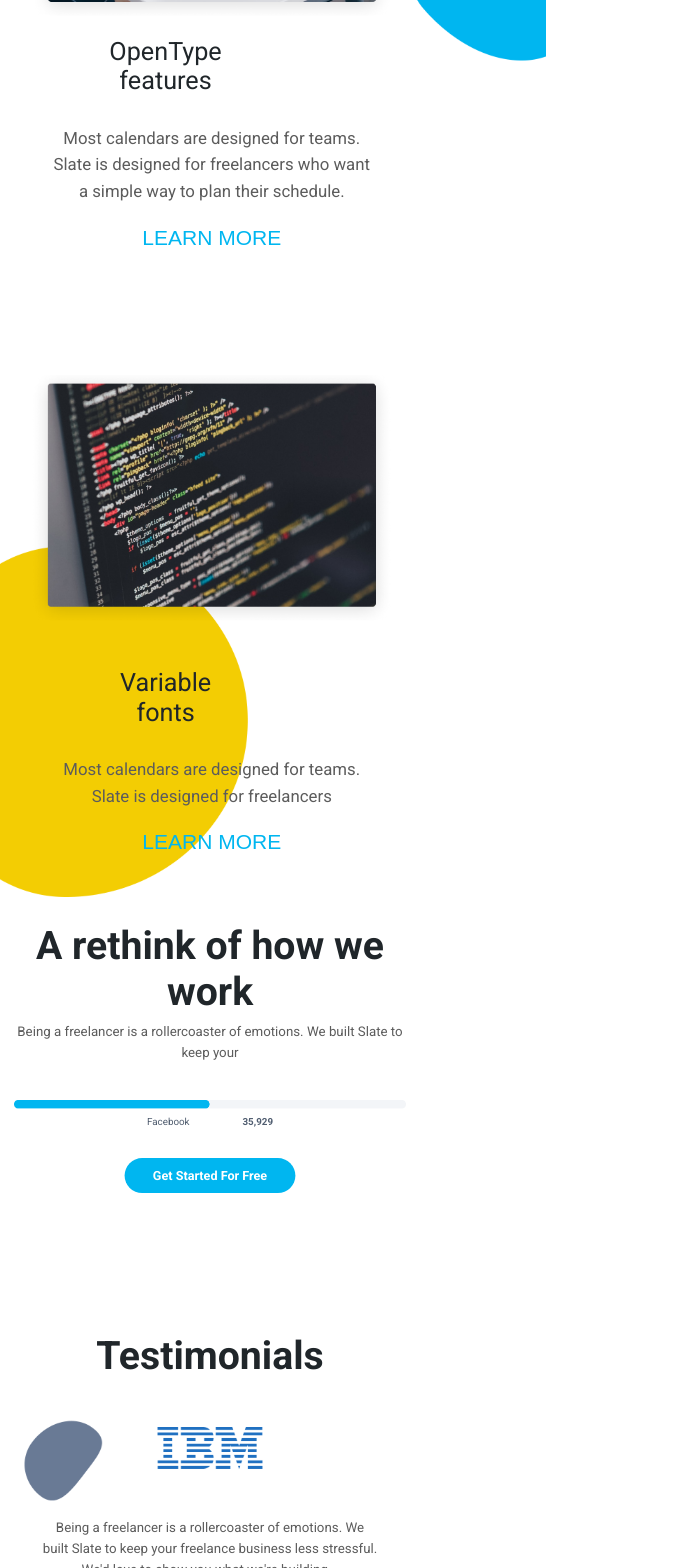
Repository: tungcutte35/Figma-Land
Page: sass/index.html
The author's editor kept a copy of each file at every save. The page is drawn from the files as they stood at one save, then again after the next save.
The browser window is 600 px wide. The page is 990 px wide, so the pictures cover 990 px, including what lies to the right of the window. The pictures show the part of the page from y = 1979 to 4219 px (the page is 5809 px tall), at 70% of full size.
The style sheet was rebuilt from its Sass, Less or Tailwind sources for each picture, by a compiler version that may differ from the author's.

Above is the page before, as saved 2021-10-25 15:12:35.

### sass/index.html
<!DOCTYPE html>
<html lang="en">
  <head>
    <meta charset="UTF-8" />
    <meta http-equiv="X-UA-Compatible" content="IE=edge" />
    <meta name="viewport" content="width=device-width, initial-scale=1.0" />
    <title>Figma Land</title>
    <link rel="stylesheet" href="./css/app.css" />
    <link rel="preconnect" href="https://fonts.googleapis.com" />
    <link rel="preconnect" href="https://fonts.gstatic.com" crossorigin />
    <link
      href="https://fonts.googleapis.com/css2?family=Roboto:wght@400;700;900&display=swap"
      rel="stylesheet"
    />
  </head>
  <body>
    <div class="wrapper">
      <header class="header">
        <div class="container">
          <div class="header-container">
            <div class="header-img">
              <a href="#">
                <img srcset="./images/logo.png 2x" alt="" />
              </a>
            </div>
            <ul class="menu">
              <li class="menu-item">
                <a href="#" class="menu-link">Home</a>
              </li>
              <li class="menu-item">
                <a href="#" class="menu-link">Product</a>
              </li>
              <li class="menu-item">
                <a href="#" class="menu-link">About</a>
              </li>
              <li class="menu-item">
                <a href="#" class="menu-link">Contact</a>
              </li>
            </ul>
            <div class="header-login">
              <a href="#" class="button button--outline">Login</a>
            </div>
          </div>
        </div>
      </header>
      <main>
        <section class="lightning">
          <div class="container">
            <div class="lightning-container">
              <div class="lightning-header">
                <h2 class="lightning-heading">Lightning fast prototyping</h2>
                <p class="text lightning-content">
                  Most calendars are designed for teams. Slate is designed for
                  freelancers.
                </p>
                <div class="lightning-button">
                  <a href="#" class="button button--primary">Get Started</a>
                  <a href="#" class="button button--outline">Try For Free</a>
                </div>
                <img
                  srcset="./images/img.png 2x"
                  alt=""
                  class="lightning-img"
                />
              </div>

              <img
                srcset="./images/Vector.png 2x"
                alt=""
                class="lightning-vector1"
              />
              <img
                srcset="./images/Vector2.png 2x"
                alt=""
                class="lightning-vector2"
              />
            </div>
          </div>
        </section>
        <section class="fastest">
          <div class="container">
            <div class="fastest-container">
              <div class="fastest-header">
                <h3 class="fastest-type">Just type</h3>
                <h3 class="heading fastest-heading">Fastest way to navigate</h3>
                <p class="text fastest-content">
                  Most calendars are designed for teams. Slate is designed for
                  freelancers.
                </p>
              </div>
              <div class="fastest-button">
                <a href="#" class="button button--primary">Download</a>
                <a href="#" class="button button--outline">See Walkthrough</a>
              </div>
            </div>
          </div>
        </section>
        <section class="features">
          <div class="container-fly">
            <div class="features-container">
              <div class="features-firsd">
                <div class="features-desc">
                  <h3 class="heading features-heading">OpenType features</h3>
                  <p class="text features-content">
                    Most calendars are designed for teams. Slate is designed for
                    freelancers who want a simple way to plan their schedule.
                  </p>
                  <button class="features-more">LEARN MORE</button>
                </div>
                <div class="features-img">
                  <img srcset="./images/features1.png 2x" alt="" />
                </div>
              </div>
              <div class="features-seconds">
                <div class="features-img">
                  <img srcset="./images/features2.png 2x" alt="" />
                </div>
                <div class="features-desc">
                  <h3 class="heading features-heading">Variable fonts</h3>
                  <p class="text features-content">
                    Most calendars are designed for teams. Slate is designed for
                    freelancers
                  </p>
                  <button class="features-more">LEARN MORE</button>
                </div>
              </div>
            </div>
            <img
              srcset="./images/features-vector1.png 2x"
              alt=""
              class="features-vector1"
            />
            <img
              srcset="./images/features-vector2.png 2x"
              alt=""
              class="features-vector2"
            />
          </div>
        </section>
        <section class="work">
          <div class="container">
            <div class="work-container">
              <h3 class="heading work-heading">A rethink of how we work</h3>
              <p class="text work-content">
                Being a freelancer is a rollercoaster of emotions. We built
                Slate to keep your
              </p>
              <div class="work-img">
                <img srcset="./images/work.png 2x" alt="" />
              </div>
              <div class="work-desc">
                <span class="work-facebook">Facebook</span>
                <span class="work-data">35,929</span>
              </div>
              <a href="#" class="button button--primary">
                Get Started For Free
              </a>
            </div>
          </div>
        </section>
        <section class="testimonial">
          <div class="container">
            <div class="testimonial-container">
              <h3 class="heading testimonial-heading">Testimonials</h3>
              <div class="testimonial-img">
                <img srcset="./images/IBM.png 2x" alt="" />
              </div>
              <p class="text-small testimonial-content">
                Being a freelancer is a rollercoaster of emotions. We built
                Slate to keep your freelance business less stressful. We'd love
                to show you what we're building...
              </p>
              <div class="testimonial-author">
                <div class="testimonial-avtar">
                  <img srcset="./images/author.png 2x" alt="" />
                </div>
                <div class="testimonial-desc">
                  <p class="testimonial-name">Esther Webb</p>
                  <span class="testimonial-job">Designer</span>
                </div>
              </div>
              <a href="#" class="button button--primary">All Testimonials</a>
            </div>
            <img
              class="testimonial-vector1"
              srcset="./images/testimonial-vector1.png 2x"
              alt=""
            />
            <img
              class="testimonial-vector2"
              srcset="./images/testimonial-vector2.png 2x"
              alt=""
            />
          </div>
        </section>
        <section class="pricing">
          <div class="container-fly">
            <div class="pricing-container">
              <div class="pricing-content">
                <h3 class="heading pricing-heading">Pricing</h3>
                <p class="text-small pricing-desc">
                  Most calendars are designed for teams. Slate is designed for
                  freelancers who want a simple way to plan their schedule.
                </p>
              </div>
              <div class="pricing-buy">
                <p class="pricing-time">30-DAY FREE TRIAL</p>
                <div class="pricing-price">
                  <img srcset="./images/price.png 2x" alt="" />
                </div>
                <p class="text-small pricing-third">
                  Most calendars are designed for teams.
                </p>
                <a href="#" class="button button--primary">Get Started</a>
              </div>
            </div>
          </div>
        </section>
        <section class="focus">
          <div class="container-fly">
            <div class="focus-container">
              <div class="focus-header">
                <h3 class="focus-heading">We focus on ergonomic meeting</h3>
              </div>
              <div class="focus-content">
                <p class="text-small focus-desc1">
                  Being a freelancer is a rollercoaster of emotions. We built
                  Slate to keep your freelance business building...
                </p>
                <p class="text-small focus-desc2">
                  Being a freelancer is a rollercoaster of emotions. We built
                  Slate to keep your freelance business building...
                </p>
                <a href="#" class="button button--primary">Get Started</a>
              </div>
            </div>
          </div>
        </section>
      </main>
      <footer class="footer">
        <div class="container">
          <div class="footer-container">
            <div class="footer-firsd">
              <div class="footer-logo">
                <img srcset="./images/logo.png 2x" alt="" />
              </div>
              <p class="footer-content">Just type what's on your mind</p>
            </div>
            <ul class="footer-seconds">
              <li class="footer-item">
                <a href="" class="footer-link">Home</a>
              </li>
              <li class="footer-item">
                <a href="" class="footer-link">Product</a>
              </li>
              <li class="footer-item">
                <a href="" class="footer-link">About</a>
              </li>
              <li class="footer-item">
                <a href="" class="footer-link">Contact</a>
              </li>
            </ul>
            <div class="footer-social">
              <div class="footer-twitter">
                <img src="./images/Twitter.svg" alt="" />
              </div>
              <div class="footer-facebook">
                <img src="./images/facebook.svg" alt="" />
              </div>
              <div class="footer-in">
                <img src="./images/In.svg" alt="" />
              </div>
            </div>
          </div>
        </div>
        <div class="footer-copy">
          <p class="footer-copyright">© 2021 - Bản quyền thuộc về Tungcutte</p>
        </div>
      </footer>
    </div>
  </body>
</html>

### sass/app.scss
@import "./reset";
@import "./variables";
@import "./global";
@import "./header";
@import "./menu";
@import "./lightning";
@import "./fastest";
@import "./features";
@import "./work";
@import "./testimonial";
@import "./pricing";
@import "./focus";
@import "./footer";

### sass/_variables.scss
$font: "Roboto", sans-serif;
$primary-color: #00b6f0;
$heading-color: #20262a;
$text-color: #5c5c5c;
$secondary-color: #112d57;

### sass/_global.scss
.wrapper {
  max-width: 1600px;
  margin: 0 auto;
}
.container {
  max-width: 1160px;
  margin: 0 auto;
  padding: 0 20px;
}
.container-fly {
  max-width: 1045px;
  margin: 0 auto;
  padding: 0 20px;
}
body {
  font-family: $font;
  line-height: 1;
  font-size: 18px;
  color: $heading-color;
}
ul {
  list-style-type: none;
}
.button {
  display: inline-flex;
  justify-content: center;
  align-items: center;
  font-size: 18px;
  font-weight: 700;
  line-height: 1;
  font-family: $font;
  padding: 16px 40px;
  border-radius: 85px;
  background-color: transparent;
  border: 0;
  outline: none;
  cursor: pointer;
  transition-duration: 0.4s;

  &--primary {
    color: #fff;
    background-color: $primary-color;
    &:hover {
      color: $primary-color;
      background-color: transparent;
      border: 1.4px solid $primary-color;
    }
  }
  &--outline {
    color: $primary-color;
    border: 1.4px solid $primary-color;
    &:hover {
      background-color: $primary-color;
      color: white;
    }
  }
}

.heading {
  color: $heading-color;
  font-weight: 700;
  font-size: 56px;
  line-height: calc(65 / 56);
}
.text {
  font-size: 24px;
  font-weight: 450;
  color: $text-color;
  line-height: calc(38 / 24);
}
.text-small {
  font-size: 19px;
  line-height: calc(30 / 19);
  font-weight: 450;
  color: $text-color;
}

### sass/_header.scss
.header {
  margin-top: 30px;
  margin-bottom: 91px;

  &-container {
    display: flex;
    justify-content: space-between;
    align-items: center;
  }
}

### sass/_menu.scss
.menu {
  display: flex;
  align-items: center;
  justify-content: center;
  gap: 0 41px;
  &-item {
    display: flex;
    align-items: center;
    justify-content: center;
  }
  &-link {
    color: inherit;
    font-size: 20px;
    &:after {
      display: block;
      content: "";
      border-bottom: solid 2px $primary-color;
      transform: scaleX(0);
      transition: transform 250ms ease-in-out;
    }
    &:hover:after {
      transform: scaleX(1);
    }
    &:hover {
      color: $primary-color;
    }
  }
  @media screen and (max-width: 767px) {
    &-item {
      display: none;
    }
  }
}

### sass/_lightning.scss
.lightning {
  margin-bottom: 800px;
  position: relative;
  background: linear-gradient(0deg, #e9faff 0%, rgba(233, 250, 255, 0) 100%);

  &-container {
    display: flex;
    align-items: center;
    justify-content: center;
    gap: 0 25px;
  }
  &-header {
    text-align: center;
    max-width: 544px;
  }
  &-heading {
    max-width: 510px;
    font-weight: 900;
    font-size: 72px;
    line-height: calc(78 / 72);
    color: $secondary-color;
    margin-bottom: 27px;
  }
  &-content {
    margin-bottom: 84px;
  }
  &-button {
    display: flex;
    align-items: center;
    justify-content: center;
    gap: 0 25px;
    margin-bottom: 45px;
  }
  &-vector1 {
    position: absolute;
    left: -1%;
    bottom: -60%;
  }
  &-vector2 {
    position: absolute;
    right: -1%;
    bottom: -75%;
  }
  &-img {
    position: absolute;
    bottom: -165%;
    left: 15px;
    z-index: 99;
    width: calc(100% - 30px);
    height: 803px;
  }
  @media screen and (max-width: 1023px) {
    &-header {
      z-index: 2;
    }
  }
  @media screen and (max-width: 767px) {
    margin-bottom: 650px;
    &-header {
      margin-bottom: -32%;
    }
    &-heading {
      font-size: 56px;
      line-height: calc(65 / 56);
    }
    &-content {
      font-size: 24px;
      line-height: calc(38 / 24);
      max-width: 343px;
      margin-bottom: 70px;
    }
    &-vector1 {
      left: -50%;
    }
    &-vector2 {
      right: -65%;
      bottom: -60%;
    }
    &-img {
      height: 370px;
      img {
        width: 50%;
        height: 50%;
        object-fit: cover;
      }
    }
  }
}

### sass/_fastest.scss
.fastest {
  margin-bottom: 162px;
  &-container {
    margin: 0 auto;
  }
  &-header {
    text-align: center;
  }
  &-type {
    font-size: 36px;
    line-height: calc(42 / 36);
    color: #f3cd03;
    font-weight: 450;
    margin-bottom: 17px;
  }
  &-heading {
    margin-bottom: 10px;
  }
  &-content {
    max-width: 459px;
    margin: 0 auto;
    margin-bottom: 60px;
  }
  &-button {
    display: flex;
    align-items: center;
    justify-content: center;
    gap: 0 13px;
  }
  @media screen and (max-width: 767px) {
    margin-bottom: 130px;

    &-button {
      flex-direction: column;
      gap: 15px;
    }
    &-content {
      margin-bottom: 30px;
    }
  }
}

### sass/_features.scss
.features {
  margin-bottom: 100px;
  position: relative;
  &-container {
    display: grid;
    grid-template-rows: repeat(2, 1fr);
    grid-gap: 50px 0;
  }
  &-firsd {
    display: flex;
    justify-content: space-between;
    align-items: center;
    gap: 0 60px;
    max-width: 1045px;
  }

  &-heading {
    font-size: 36px;
    line-height: calc(42 / 36);
    font-weight: 450;
    margin-bottom: 16px;
  }
  &-content {
    margin-bottom: 20px;
    max-width: 468px;
  }
  &-more {
    outline: none;
    border: none;
    background-color: transparent;
    font-size: 18px;
    line-height: calc(20 / 18);
    font-weight: 450;
    color: $primary-color;
  }
  &-seconds {
    display: flex;
    justify-content: space-between;
    align-items: center;
    gap: 0 50px;
    max-width: 966px;
  }
  &-vector1 {
    position: absolute;
    right: -1%;
    top: -8%;
    z-index: -1;
  }
  &-vector2 {
    position: absolute;
    left: -1%;
    bottom: -4%;
    z-index: -1;
  }
  @media screen and (min-width: 1024px) {
    &-firsd {
      margin-left: 30px;
    }
  }
  @media screen and (max-width: 1023px) {
    &-container {
      margin-left: 20px;
      grid-gap: 190px;
    }
  }
  @media screen and (max-width: 767px) {
    &-firsd {
      flex-direction: column-reverse;
      margin-right: 15px;
      text-align: center;
      margin-bottom: 0px;
    }
    &-img {
      height: 351px;
      width: 100%;
      margin-top: -10px;
      margin-bottom: 30px;
      img {
        width: 100%;
        height: 100%;
        object-fit: cover;
      }
    }
    &-heading {
      max-width: 200px;
      margin-left: 68px;
      margin-bottom: 42px;
    }
    &-seconds {
      flex-direction: column;
      margin-right: 15px;
      text-align: center;
      margin-bottom: 0px;
    }
    &-content {
      margin-bottom: 30px;
    }
    &-more {
      font-size: 30px;
    }
    &-vector1 {
      right: -30%;
      top: -6%;
    }
    &-vector2 {
      left: -1%;
      bottom: -4%;
    }
  }
}

### sass/_work.scss
.work {
  margin-bottom: 200px;
  &-container {
    text-align: center;
  }
  &-heading {
    margin-bottom: 10px;
  }
  &-content {
    font-size: 19px;
    line-height: calc(30 / 19);
    font-weight: 450;
    margin-bottom: 52px;
  }
  &-img {
    display: flex;
    align-items: center;
    justify-content: center;
    margin-bottom: 7px;
  }
  &-desc {
    display: flex;
    justify-content: space-between;
    align-items: center;
    margin: 0 190px;
    margin-bottom: 40px;
  }
  &-facebook {
    font-size: 14px;
    line-height: calc(24 / 14);
    font-weight: 400;
    color: #505d6f;
  }
  &-data {
    font-size: 14px;
    line-height: calc(24 / 14);
    font-weight: 700;
    color: #505d70;
  }
}

### sass/_testimonial.scss
.testimonial {
  margin-bottom: 110px;
  position: relative;

  &-container {
    text-align: center;
  }
  &-heading {
    margin-bottom: 50px;
  }
  &-img {
    display: flex;
    align-items: center;
    justify-content: center;
    margin-bottom: 50px;
  }
  &-content {
    max-width: 480px;
    margin: 0 auto;
    margin-bottom: 50px;
  }

  &-author {
    margin-bottom: 50px;
    display: flex;
    justify-content: center;
    align-items: center;
  }
  &-desc {
    margin-left: 15px;
    text-align: start;
  }
  &-name {
    font-size: 18px;
    line-height: calc(20 / 18);
    font-weight: 450;
    color: #20262a;
  }
  &-job {
    font-size: 18px;
    line-height: calc(28 / 18);
    color: $text-color;
    font-weight: 450;
  }
  &-vector1 {
    position: absolute;
    left: 170px;
    top: 290px;
  }
  &-vector2 {
    position: absolute;
    right: 0;
    bottom: -110px;
  }
  @media screen and (max-width: 1023px) {
    &-vector1 {
      left: 35px;
      top: 125px;
    }
    &-vector2 {
      z-index: -1;
      bottom: -112px;
    }
  }
}

### sass/_pricing.scss
.pricing {
  background: #182333;

  &-container {
    color: white;
    display: flex;
    justify-content: space-between;
    align-items: center;
    gap: 0 160px;
    padding: 100px 70px;
  }
  &-content {
    max-width: 437px;
  }
  &-heading {
    color: white;
    margin-bottom: 16px;
  }
  &-desc {
    color: white;
    max-width: 400px;
  }
  &-buy {
    max-width: 277px;
  }
  &-time {
    font-size: 18px;
    line-height: calc(28 / 18);
    font-weight: 450;
    margin-bottom: 10px;
  }
  &-price {
    margin-bottom: 20px;
  }
  &-third {
    max-width: 250px;
    color: white;
    margin-bottom: 20px;
  }
  @media screen and (max-width: 1023px) {
  }
}

### sass/_focus.scss
.focus {
  background: linear-gradient(180deg, #e9faff 0%, rgba(233, 250, 255, 0) 100%);
  &-container {
    display: flex;
    justify-content: space-between;
    align-items: center;
    padding: 50px 0 70px;
    gap: 0 110px;
  }
  &-header {
    margin-top: -20%;
  }
  &-heading {
    font-weight: 450;
    font-size: 36px;
    max-width: 406px;
  }
  &-content {
    max-width: 446px;
  }
  &-desc1 {
    max-width: 430px;
    margin-bottom: 40px;
  }
  &-desc2 {
    max-width: 430px;
    margin-bottom: 20px;
  }
  @media screen and (min-width: 1024px) {
    &-container {
      margin-left: 30px;
    }
  }
  @media screen and (max-width: 1023px) {
    &-container {
      margin-left: 30px;
    }
  }
}

### sass/_footer.scss
.footer {
  &-container {
    display: flex;
    justify-content: space-between;
    align-items: center;
    padding-bottom: 20px;
  }
  &-logo {
    height: 58px;
    max-width: 206px;
    img {
      width: 100%;
      height: 100%;
      object-fit: cover;
      margin-left: -12px;
    }
  }
  &-content {
    font-size: 18px;
    line-height: calc(28 / 18);
    font-weight: 450;
  }
  &-seconds {
    display: flex;
    justify-content: space-between;
    align-items: center;
    gap: 0 31px;
  }
  &-social {
    display: flex;
    justify-content: space-between;
    align-items: center;
    gap: 0 35px;
    cursor: pointer;
  }
  &-link {
    font-size: 18px;
    line-height: calc(20 / 18);
    font-weight: 450;
    color: $heading-color;
  }
  &-copy {
    text-align: center;
    margin-bottom: 60px;
  }
}

Loaded but not shown: sass/_reset.scss (common file)

After the next save:
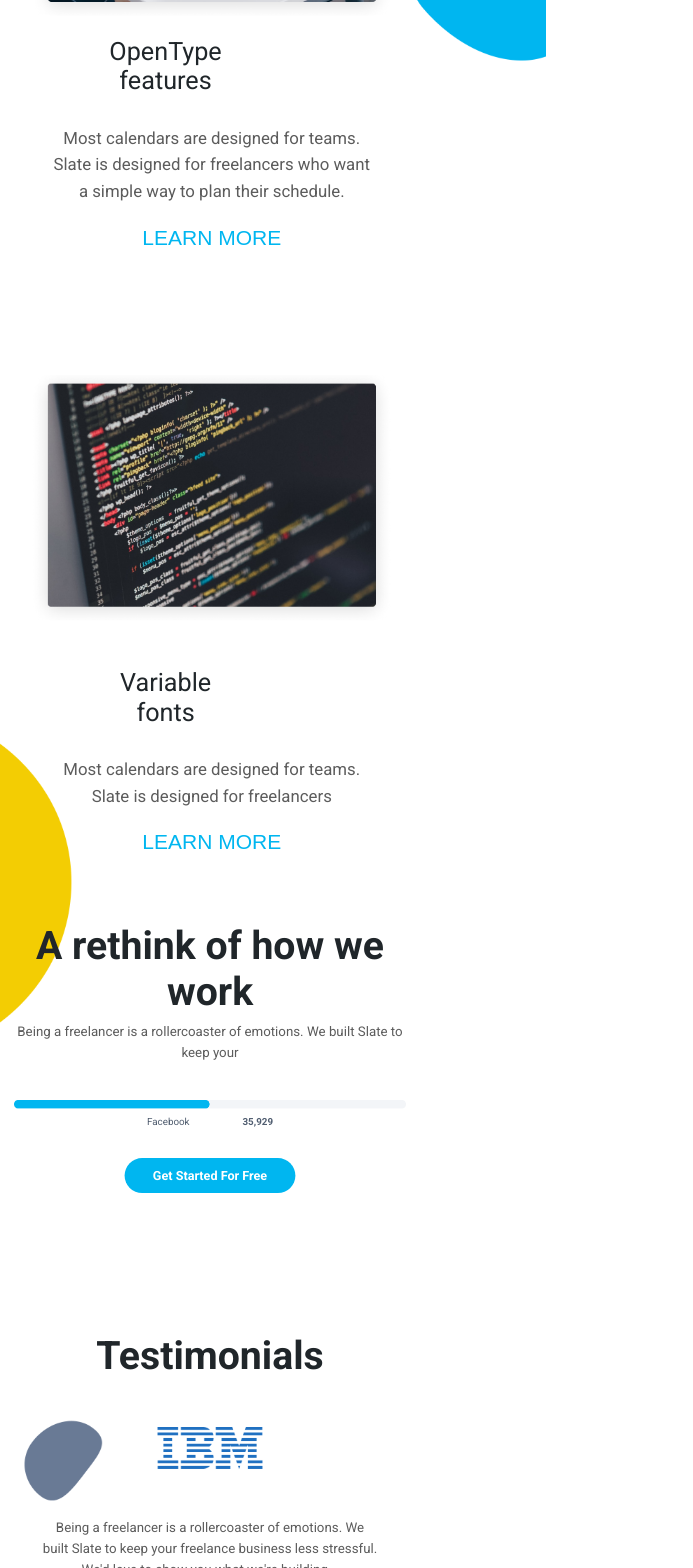
Saved 43 s later.
--- a/sass/_features.scss
+++ b/sass/_features.scss
@@ -103,8 +103,8 @@
       top: -6%;
     }
     &-vector2 {
-      left: -1%;
-      bottom: -4%;
+      left: -43%;
+      bottom: -19%;
     }
   }
 }
